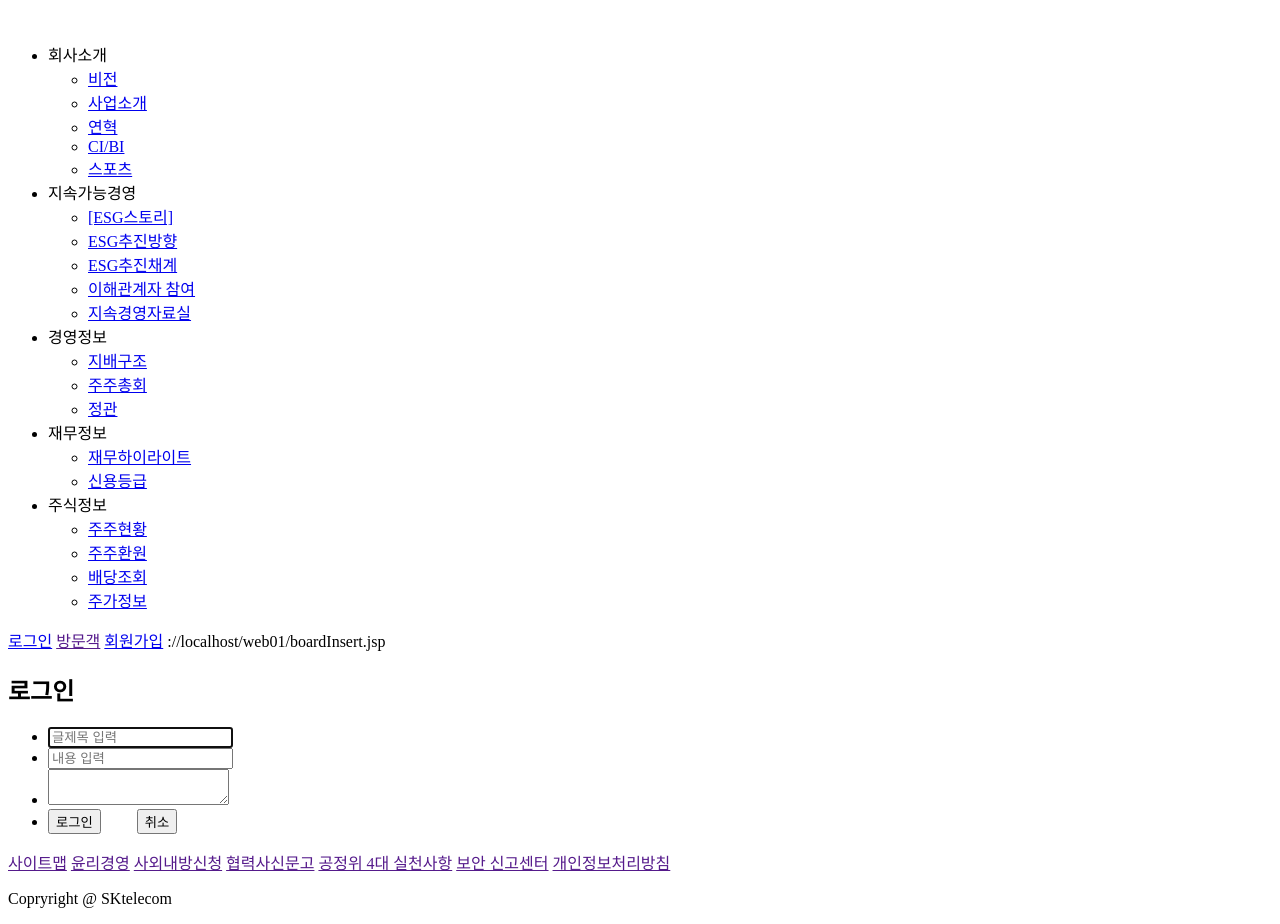
Repository: star-min/jsp_basic
Page: http://localhost/web01/boardInsert.jsp
An editor plug-in stored every save of this project. The page is shown before and after the next save, followed by the edit.
The browser window is 1280 px wide. The pictures show the whole page.
The page is served by Tomcat 9.

Above is the page before, as saved 2022-04-29 03:49:05.

### jsp1/web01/src/main/webapp/boardInsert.jsp
<%@ page language="java" contentType="text/html; charset=UTF-8"
    pageEncoding="UTF-8"%>
<!DOCTYPE html>
<html>
<head>
<meta charset="UTF-8">
<title>Insert title here</title>
</head>
<body>
<div class="wrap">
<header id="hd">
	<div class="hd_wrap">
		<%@ include file="nav.jsp" %>
	</div>
</header>
<div class="content">
	<h2>로그인</h2>
	<form id="create" name="create" action="boardInsertPro.jsp" method="post">
		<ul>
			<li><input type="text"  id="ctitle" name="ctitle" placeholder="글제목 입력" required autofocus></li>
			<li><input type="text" id="note" name="note" placeholder="내용 입력" required></li>
			<li><textarea></textarea></li>
			<li class="btn_board">
				<input type="submit" value="로그인" id="submit" class="btn"> &nbsp; &nbsp; &nbsp; &nbsp;
				<input type="reset" value="취소" id="reset" class="btn">
			</li>
		</ul>
	</form>
</div>
<footer id="ft">
	<%@ include file="ft.jsp" %>
</footer>
</div>
</body>
</html>

### jsp1/web01/src/main/webapp/nav.jsp
<%@ page language="java" contentType="text/html; charset=UTF-8"
    pageEncoding="UTF-8"%>
<%@ page import="java.sql.*" %>
<%		// <% = 스크립트릿(scriptlet)
	String[] dp1 = {"회사소개","지속가능경영","경영정보","재무정보","주식정보"};
	String[][] dp2 = {{"비전","사업소개","연혁","CI/BI","스포츠"},
			{"[ESG스토리]","ESG추진방향","ESG추진채계","이해관계자 참여","지속경영자료실"},
			{"지배구조", "주주총회","정관"},
			{"재무하이라이트","신용등급"},
			{"주주현황","주주환원","배당조회","주가정보"}
	};
	String[][] lnk = {{"sub1.jsp#page1","sub1.jsp#page2","sub1.jsp#page3","sub1.jsp#page4","sub1.jsp#page5"},
			{"sub2.jsp#page1","sub2.jsp#page2","sub2.jsp#page3","sub2.jsp#page4","sub2.jsp#page5"},
			{"service1.jsp","service2.jsp","service3.jsp"},
			{"board1.jsp","board2.jsp"},
			{"user1.jsp","user2.jsp","user3.jsp","user3.jsp"}};
%>
<%--    	 <%= 표현식(expression)%>		 --%>
<a class="Logo" herf="index.jsp"><img alt="" src=""></a>
<nav id="gnb">
	<ul>
	<% for(int i=0;i<dp1.length;i++){ %>
		<li>
			<span class="dp1"><%=dp1[i]%></span>
			<ul class="sub">
			<% for(int j=0;j<dp2[i].length;j++){ %>
				<li><a class="dp2" href="<%=lnk[i][j] %>"><%= dp2[i][j] %></a></li>
			<%} %>
			</ul>
		</li>
	<% } %>
	</ul>
</nav>
<p id="tnb">
	<%
		String sid = (String) session.getAttribute("uid");
		String sname = (String) session.getAttribute("name");
		if(sid == null){
	%>
	<a href="login.jsp">로그인</a>
	<a href="">방문객</a>
	<a href="agree.jsp">회원가입</a>
	<%
		} else if(!sid.equals("admin")){
	%>
	<a href="logout.jsp">로그아웃</a>
	<a href="mypage.jsp"><%=sname%></a>
	<a href="board1.jsp">게시판</a>
	<% } else { %>
	<a href="mypage.jsp"><%=sname%></a>
	<a href="board1.jsp">게시판관리</a>
	<a href="memberList.jsp">회원목록</a>
	<a href="">상품관리</a>
	<a href="logout.jsp">로그아웃</a>
	<% } %>
<span id="msg_a"></span>
</p>
<script>
	//주소 입력줄로 받은 msg를 받아 출력하는 부분임
	var url = location.href;  //url입력줄의 메시지를 포함한 주소를 저장
	var pos = url.indexOf("?msg=");
	var msg = url.substr(pos+5); //메시지만 추출
	var msg_a = document.getElementById("msg_a"); //해당 msg_a 아이디 요소 선택
	msg_a.innerHTML = msg;
	//msg_a.innerHTML = decodeURI(msg);
	if(pos>0) {
		if(msg!=""){
			alert(msg);
		}
	}
</script>

### jsp1/web01/src/main/webapp/ft.jsp
<%@ page language="java" contentType="text/html; charset=UTF-8"
    pageEncoding="UTF-8"%>

    <%
    	String[] fnb = {"사이트맵","윤리경영","사외내방신청","협력사신문고","공정위 4대 실천사항","보안 신고센터","개인정보처리방침"};
    	String[] sub = {"페이스북","유튜브","네이버 포스트"};
    	String[] iclass = {"xi-facebook","xi-youtube-play","xi=naver"};
    %>
    <div class="ft_wrap">
    	<nav class="fnb">
    		<% for(int i=0;i<fnb.length;i++){ %>
    			<a href=""><%= fnb[i] %></a>
    		<% } %>

    		<p class="copyright"> Copryright @ SKtelecom </p>
    	</nav>
    </div>

After the next save:
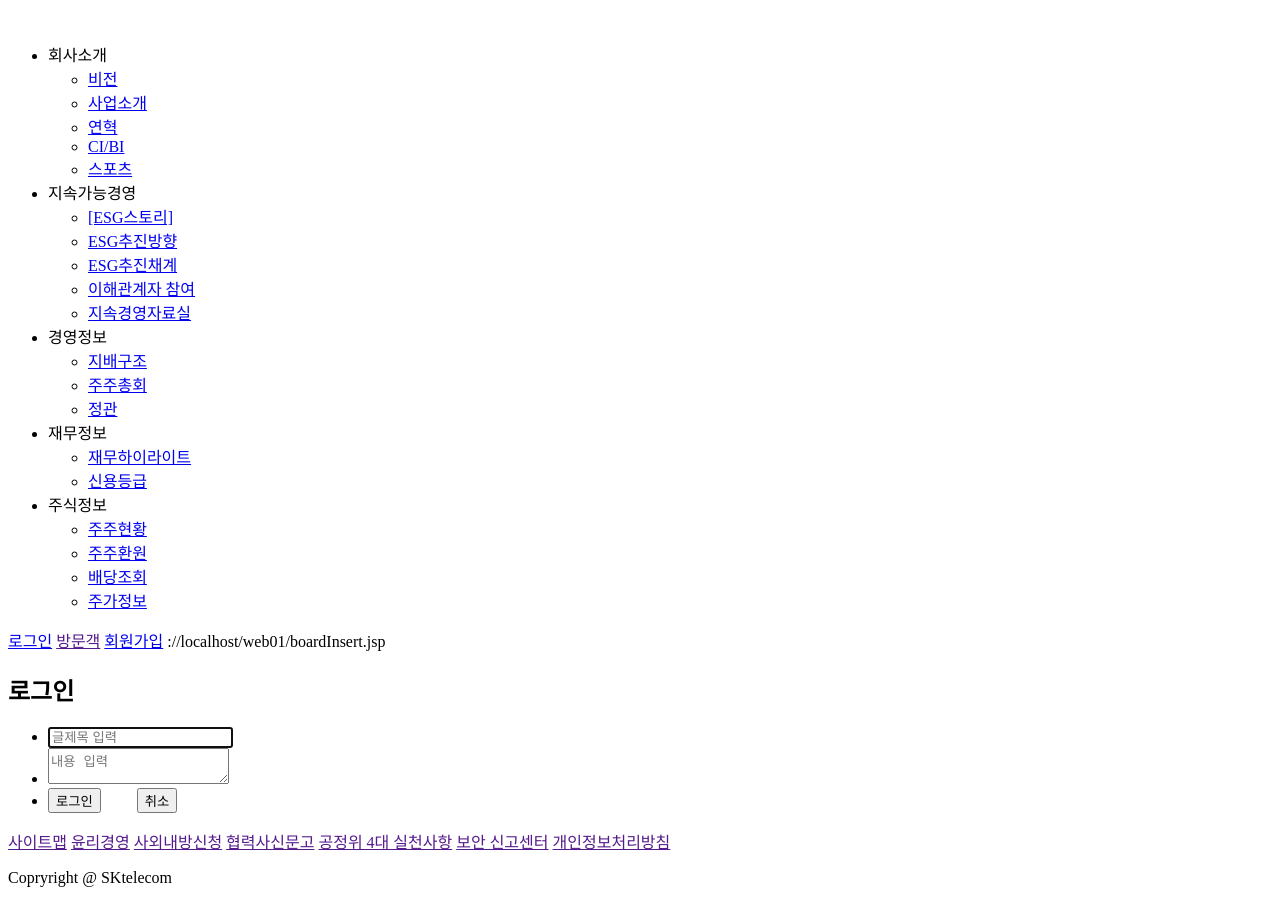
Saved 55 s later.
--- a/jsp1/web01/src/main/webapp/boardInsert.jsp
+++ b/jsp1/web01/src/main/webapp/boardInsert.jsp
@@ -18,8 +18,8 @@
 	<form id="create" name="create" action="boardInsertPro.jsp" method="post">
 		<ul>
 			<li><input type="text"  id="ctitle" name="ctitle" placeholder="글제목 입력" required autofocus></li>
-			<li><input type="text" id="note" name="note" placeholder="내용 입력" required></li>
-			<li><textarea></textarea></li>
+
+			<li><textarea id="note" name="note" placeholder="내용 입력" required></textarea></li>
 			<li class="btn_board">
 				<input type="submit" value="로그인" id="submit" class="btn"> &nbsp; &nbsp; &nbsp; &nbsp;
 				<input type="reset" value="취소" id="reset" class="btn">
